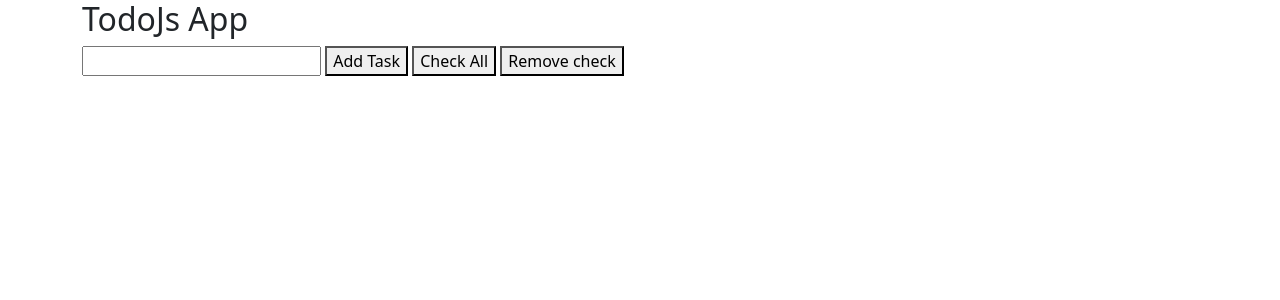
Repository: VladimirKasyanov/Todo
Page: index.html
The author's editor kept a copy of each file at every save. The page is drawn from the files as they stood at one save, then again after a run of saves.
The browser window is 1280 px wide. The pictures show the whole page.

Above is the page before, as saved 2024-05-31 11:22:55.

### index.html
<!DOCTYPE html>
<html lang="en">
  <head>
    <meta charset="utf-8" />
    <meta name="viewport" content="width=device-width, initial-scale=1" />
   <link rel="stylesheet" href="styles.css">
    <link
      href="https://cdn.jsdelivr.net/npm/bootstrap@5.3.3/dist/css/bootstrap.min.css"
      rel="stylesheet"
      integrity="sha384-QWTKZyjpPEjISv5WaRU9OFeRpok6YctnYmDr5pNlyT2bRjXh0JMhjY6hW+ALEwIH"
      crossorigin="anonymous"
    />
    <title>TodoJs App</title>
  </head>
  <body>
    <div class="container">
      <h2>TodoJs App</h2>
      <form>
        <input type="text" class="input__box" />
        <button type="button" class="add">Add Task</button>
        <button type="button" onclick="checkAll()" class="check-all">
          Check All
        </button>
        <button type="button" onclick="removeCheck()" class="remove-check">
          Remove check
        </button>
      </form>
      <div class="todo__li">
        <ul class="list"></ul>
        <div class="all-button" >
          <button class="completed" href = '#cmp'>completed<span id="completed-counter">(0)</button>
          <button class="inc" href = '#inc'>active<span id="incomplete-counter">(0)</span></button>
          <button class="all" href ="#all" type="focus" >All<span id="total-counter">(0)</span></button>
        <div>
      </div>
    </div>
    <script
      src="https://cdn.jsdelivr.net/npm/bootstrap@5.3.3/dist/js/bootstrap.bundle.min.js"
      integrity="sha384-YvpcrYf0tY3lHB60NNkmXc5s9fDVZLESaAA55NDzOxhy9GkcIdslK1eN7N6jIeHz"
      crossorigin="anonymous"
    ></script>
    <script src="todo.js"></script>
  </body>
</html>

### styles.css
.completed {
display: none;
}
.inc {
    display: none;
}
.all{
    display: none;
}

### todo.js
const form = document.querySelector("form");
const inputBox = document.querySelector(".input__box");
const addButton = document.querySelector(".add");
const list = document.querySelector(".list");
const label = document.querySelector(".span");
const newInput = document.querySelector(".new-input");
const totalCounter = document.getElementById("total-counter");
const completedCounter = document.getElementById("completed-counter");
const incompleteCounter = document.getElementById("incomplete-counter");


const keyEnter = "Enter"
const keyEscape = "Escape"


let todoList = [];
let condition = "all"
// let completedCount = 0;
// let incompleteCount = 0;

const task = (event) => {
  event.preventDefault();
  const inputText = inputBox.value.trim()
  if (inputText === "" || inputText === null) return;
  let newTodo = {
    description: inputBox.value,
    checked: false,
    id: Date.now(),
  };

  todoList.push(newTodo);
  console.log(todoList);
  displayList(todoList);
  inputBox.value = "";

};



const displayList = () => {

  list.innerHTML = "";
  todoList.forEach((item) => {
    list.innerHTML += `
<li id ='${item.id}'>
<input class = 'check' type='checkBox' id='${item.id}' ${
      item.checked ? "checked" : ""
    }>
<span class='some-text'>${item.description}</span>
  <input class='new-input' type= 'text' value='${item.description.replace(/\s+/g, '')}' hidden></input>
<button type='delete' class='del' id='${item.id}' >x</button>
</li>

`;

});
updateCounters();

// document.getElementById("total-counter").textContent.todoList.length
};

// const counter = () => {
//     console.log(todoList.length)

//   displayList(todoList)
// }

const toggleTodo = (event) => {
  // todoList[index].checked = !todoList[index].checked;
  if(event.target.type == 'checkbox') {
    const todoId = event.target.id;
    todoList.forEach((item) => {
      if (item.id === Number(todoId)) {
        item.checked = !item.checked;
      }
    })
  }
   updateCounters();
  // displayList(todoList);
};




const checkAll = () => {
  todoList.forEach((todo) => {
    todo.checked = !todo.checked;
  });
  displayList();
};


// const filterTodo = () => {
//   switch (condition) {
//     case 'active':
//     return todoList.filter((todo) => !todo.isChecked);
// }
// }

const updateCounters = () => {
  const completedCount = todoList.filter((item) => item.checked).length;
  const incompleteCount = todoList.length - completedCount;

  completedCounter.innerText = completedCount;
  incompleteCounter.innerText = incompleteCount;
  totalCounter.innerText = todoList.length;
};

const completedTab = () => {
  const completedCount = todoList.filter((item) => item.checked)

}



const removeCheck = () => {
  todoList = todoList.filter((todo) => !todo.checked);
  displayList(todoList);
};

function removeOnce(event) {
  const todoId = Number(event.target.parentElement.id);
  if (event.target.classList.contains("del")) {
    todoList = todoList.filter((todo) => todo.id !== todoId);
    displayList(todoList);
  }
}


const editNew = (elementId) => {
  const theElement = document.getElementById(elementId)
  const newText = theElement.children[2].value;
    if (newText === "" || newText === null) return
  // let todoText = event.target.parentNode.children[2].value;

  // console.log(todoList)

  todoList.forEach((item) => {
    if (item.id === Number(elementId)) {
        item.description = newText.trim()
    }

  })
  displayList(todoList);

  //  if (event.sourceCapabilities !== null) {
  //   if (todoText.trim() === '') {
  //   }
  //   displayList(todoList);
  // }
}

const addButtonEnter = (event) => {
    if (event.key === keyEnter) {
       task(event);
  }
};

const changeDescription = (event) => {
  if (event.target.classList.contains("some-text")) {
    const {children} = event.target.parentNode
    children[1].hidden = true
    children[2].hidden = false
    children[2].focus()
  }
};

const changeDescriptionFinish = (event) => {
    if (event.target.classList.contains("new-input")) {
      // console.log(event)

      if (event.key === keyEnter){
        const todoId = Number(event.target.parentElement.id);
        console.log(todoId)
        // todoList.forEach((todo) => todo.id !== todoId);
        editNew(todoId);


      }
      if (event.key === keyEscape) {
        displayList(todoList)
      }
    }
  }


  // list.addEventListener("blur",changeDescriptionFinish)
  list.addEventListener("dblclick", changeDescription);
  list.addEventListener("click", removeOnce);
  list.addEventListener("click", toggleTodo);
  addButton.addEventListener("click", task);
  // console.log(typeof(li))
  list.addEventListener('keyup', changeDescriptionFinish);
  inputBox.addEventListener('keydown', addButtonEnter);
  // list.addEventListener('click', refillCounter)


// const changeDescription = (event) => {
//   const todoId = event.target.parentElement.id;
//   const todo = todoList.find((todo) => todo.id == todoId);

//   if (event.target.classList.contains("label")) {
//     const input = document.createElement("input");
//     input.type = "text";
//     input.value = todo.description;

//     input.addEventListener("blur", () => {
//       todo.description = input.value;
//       displayList(todoList);
//     });

//     event.target.replaceWith(input);
//     input.focus();
//   }
// };
// let itemId = event.target.id
// let index = todoList.findIndex((element) => element.id === itemId);
// delOnce.addEventListener("click", delOnce)
// for.forEach
// const removeOnce = (event) => {
//     delOnce.addEventListener("click", removeOnce);
//         let delOnce = todoList.findIndex((element) => element.id === event.target.id);
//             if (index !== -1) {
//                 todoList.splice(index, 1);

//             };
//             displayList(todoList);
//         };





          // todoList = todoList.filter((todo) => );
    // todoList.removeChild("li");
// checkAllButton.addEventListener("click", checkAll);
// removeComplete.addEventListener("click", removeAll);
// replace(/\s+/g, '') // space delete

// const changeDescriptionFinish = (event) => {
//   if (event.target.classList.contains("new-input")) {
//     const updatedDescription = event.target.value;
//     const todoId = Number(event.target.parentNode.id);
//     const todoIndex = todoList.findIndex((todo) => todo.id === todoId);

//     if (event.key === 'Enter') {
//       todoList[todoIndex].description = updatedDescription;
//       displayList(todoList);
//     } else if (event.key === 'Escape') {
//       event.target.value = todoList[todoIndex].description;
//     }
//   }
// };
// inputBox.addEventListener("keydown", (event) => {
//   if (event.key === "Enter") {
//     task(event);
//   }
// });

// const displayList = () => {
//   list.innerHTML = "";

//   todoList.forEach((item) => {
//     list.innerHTML += `
//       <li id='${item.id}'>
//         <input class='check' type='checkbox' id='${item.id}' ${
//       item.checked ? "checked" : ""
//     }>
//         <span class='some-text'>${item.description}</span>
//         <input class='new-input' type='text' hidden></input>
//         <button type='delete' class='del' id='${item.id}'>x</button>
//       </li>
//     `;

//     if (item.checked) {
//       completedCount++;
//     } else {
//       incompleteCount++;
//     }
//   });
//   document.getElementById("completed-counter").textContent = completedCount;
//   document.getElementById("incomplete-counter").textContent = incompleteCount;
//   document.getElementById("total-counter").textContent = todoList.length;
// };

// function editTask(event) {
//   if (event.target.classList.contains("some-text")) {
//     const { children } = event.target.parentNode;
//     children[1].hidden = true;
//     const editInput = children[2];
//     editInput.value = event.target.textContent;
//     editInput.hidden = false;
//     editInput.focus();
//   }
// }

// function finishEdit(event) {
//   if (event.target.classList.contains("new-input")) {
//     const todoId = Number(event.target.parentElement.id);
//     const editedTask = event.target.value.trim();
//     if (event.key === keyEnter && editedTask !== "") {
//       todoList = todoList.map((todo) =>
//         todo.id === todoId ? { ...todo, description: editedTask } : todo
//       );
//       displayList();
//     }
//     if (event.key === keyEscape) {
//       displayList();
//     }
//   }
// }


// const updateCounter =  () =>  {
//   // const counter = todoList.filter((item) => !item.check).length

//   // const unCount = todoList.filter((item) =>)
//   const completedCount = document.getElementById("completed-counter");
//   const incompleteCount = document.getElementById("incomplete-counter");
//   // const allButton = document.getElementById("total-counter")
//   incompleteCount.textContent = incompleteCount
//   // allButton = document.getElementById("total-counter")
//   allButton.textContent = ` (${todoList.length}) `
//   // (${todoList.length});
// displayList(todoList);
// };

After the next 2 saves:
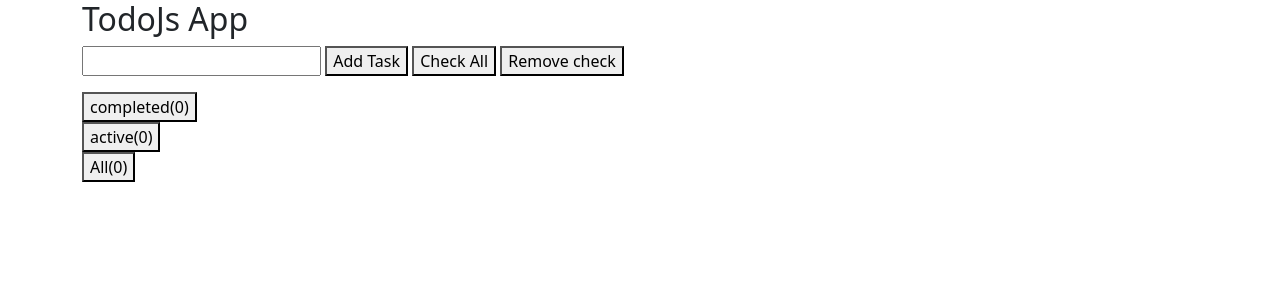
The 2 saves are shown as one change because they came seconds apart.
The last was saved 23 s later.
--- a/styles.css
+++ b/styles.css
@@ -1,9 +1,9 @@
 .completed {
-display: none;
+display: flex
 }
 .inc {
-    display: none;
+    display: flex
 }
 .all{
-    display: none;
+    display:
 }
